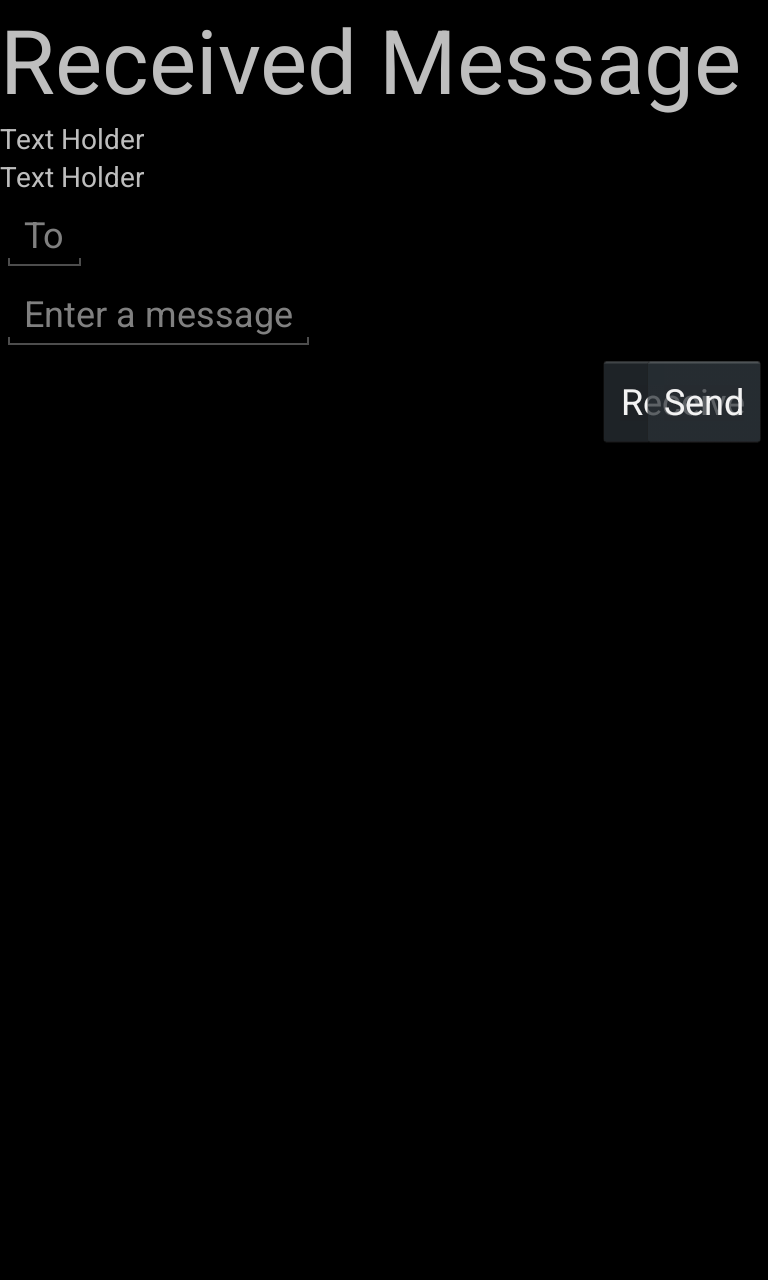
Repository: tomcynicholls/ThirdYearProject
Layout: JavaCode/App/res/layout/main.xml
The author's editor kept a copy of each file at every save. The layout is drawn from the files as they stood at one save, then again after the next save.
It is drawn on a 768 x 1280 px phone screen (xhdpi) without system bars, with theme android:Theme.Holo; the app's code is not run.

Above is the layout before, as saved 2013-01-28 22:09:26.

### JavaCode/App/res/layout/main.xml
<?xml version="1.0" encoding="utf-8"?>
<LinearLayout xmlns:android="http://schemas.android.com/apk/res/android"
    xmlns:tools="http://schemas.android.com/tools"
    android:layout_width="match_parent"
    android:layout_height="match_parent"
    android:orientation="vertical" >

    <TextView
        android:id="@+id/textview_title"
        android:layout_width="wrap_content"
        android:layout_height="wrap_content"
        android:textSize="20pt"
        android:text="@string/receive_title" />

    <TextView
        android:id="@+id/textview_from"
        android:layout_width="wrap_content"
        android:layout_height="wrap_content"
        android:text="@string/holder" />

     <TextView
        android:id="@+id/textview_message"
        android:layout_width="wrap_content"
        android:layout_height="wrap_content"
        android:text="@string/holder" />

      <EditText android:id="@+id/edit_receiver"
        android:layout_height="wrap_content"
        android:layout_width="wrap_content"
        android:hint="@string/edit_receiver" />


    <EditText android:id="@+id/edit_message"
        android:layout_height="wrap_content"
        android:layout_width="wrap_content"
        android:hint="@string/edit_message" />

    <RelativeLayout
            android:id="@+id/innerrel"
            android:layout_width="match_parent"
            android:layout_height="wrap_content"
            android:orientation="horizontal" >
    <Button
        android:layout_width="wrap_content"
        android:layout_height="wrap_content"
        android:text="@string/button_receive"
        android:onClick="receiveMessage"
        android:layout_alignParentRight="true" />

    <Button
        android:layout_width="wrap_content"
        android:layout_height="wrap_content"
        android:text="@string/button_send"
        android:onClick="sendMessage"
        android:layout_alignParentRight="true" />

    </RelativeLayout>
</LinearLayout>

### JavaCode/App/res/values/strings.xml
<?xml version="1.0" encoding="utf-8"?>
<resources>

    <string name="app_name">TYP App</string>
    <string name="edit_message">Enter a message</string>
    <string name="edit_receiver">To</string>
    <string name="button_send">Send</string>
    <string name="button_receive">Receive</string>
    <string name="receive_title">Received Message</string>
    <string name="menu_settings">Settings</string>
    <string name="title_activity_main">MainActivity</string>
    <string name="title_activity_display_message">Message</string>
    <string name="hello_world">Hello world!</string>
    <string name="holder">Text Holder</string>
    <string name="title_activity_view_xml_writer">View Xm lWriter</string>

</resources>

After the next save:
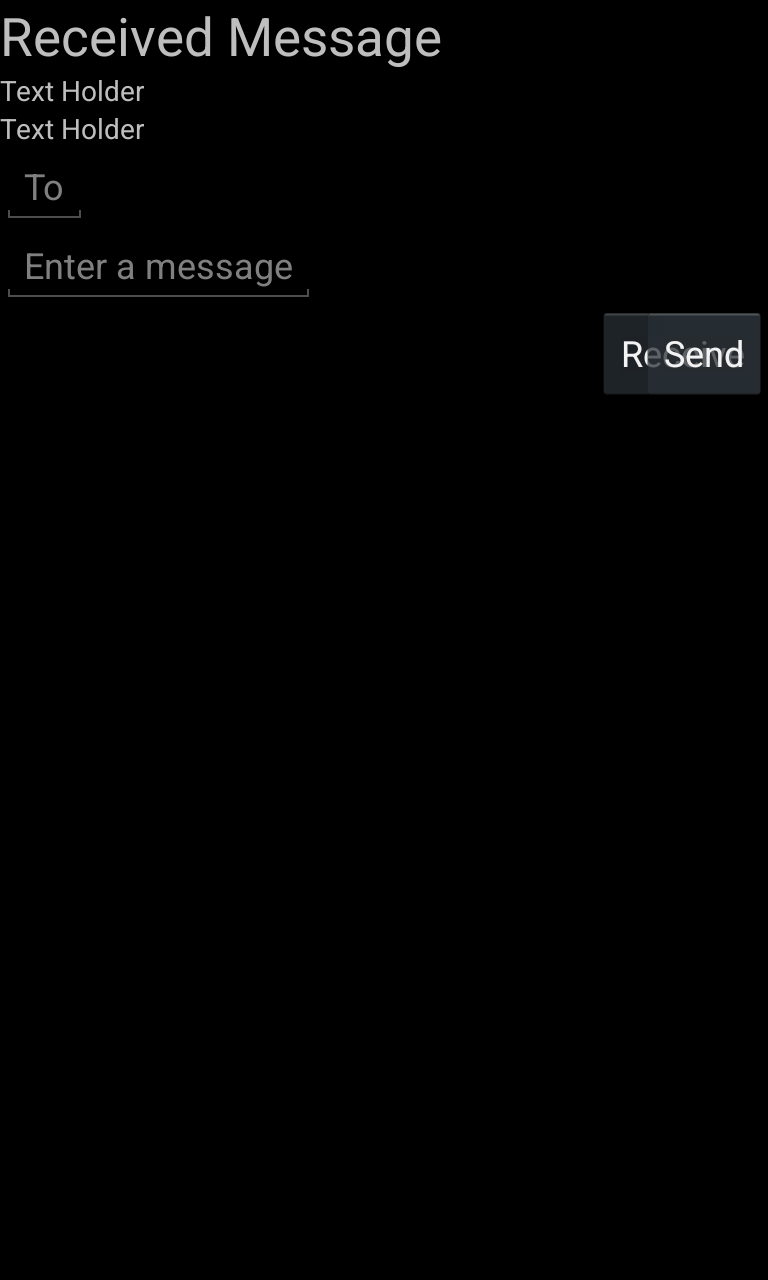
Saved 7 s later.
--- a/JavaCode/App/res/layout/main.xml
+++ b/JavaCode/App/res/layout/main.xml
@@ -9,7 +9,7 @@
         android:id="@+id/textview_title"
         android:layout_width="wrap_content"
         android:layout_height="wrap_content"
-        android:textSize="20pt"
+        android:textSize="12pt"
         android:text="@string/receive_title" />
 
     <TextView
